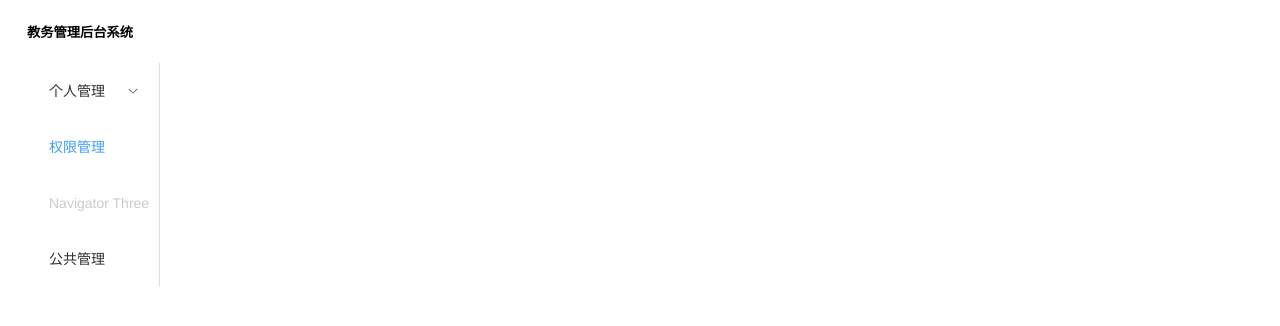
Repository: songlin-q/EducationalAdministrationSysTem
Page: /MainInfo (app in EducationalAdministrationSystemUI/educationsystem/)
These files come from the project's save history. The page is drawn as it stood at one moment and after the next save; the edit follows.
The browser window is 1280 px wide. The pictures show the whole page.
The project was rebuilt for these pictures with package versions that can differ from the ones it lists, and the page was loaded fresh each time. Also part of the build but not shown: EducationalAdministrationSystemUI/educationsystem/vue.config.js, EducationalAdministrationSystemUI/educationsystem/src/components/HelloWorld.vue, EducationalAdministrationSystemUI/educationsystem/src/components/Identity/IdentityCode.vue, EducationalAdministrationSystemUI/educationsystem/src/components/Identity/IdentityCode2.vue, EducationalAdministrationSystemUI/educationsystem/src/components/MainOne.vue.

Above is the page before, as saved 2022-05-24 11:35:20.

After the next save:
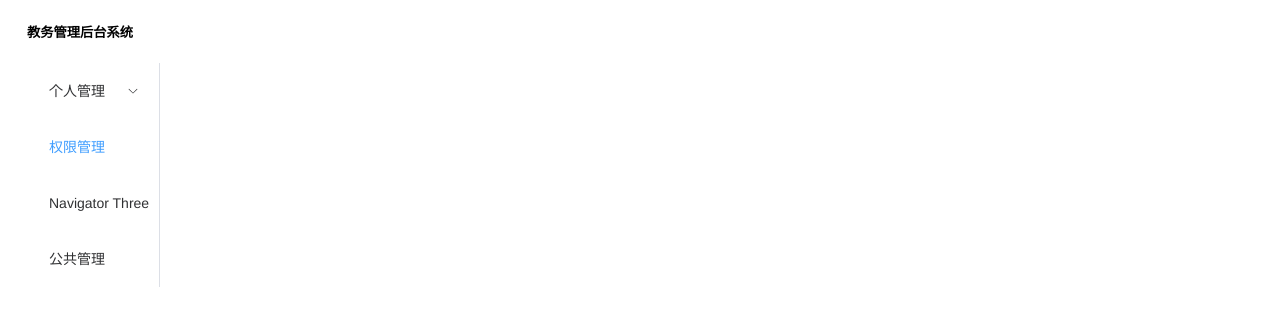
Saved 12 s later.
--- a/EducationalAdministrationSystemUI/educationsystem/src/components/MainInfo.vue
+++ b/EducationalAdministrationSystemUI/educationsystem/src/components/MainInfo.vue
@@ -29,7 +29,7 @@
           <el-icon><icon-menu /></el-icon>
           <span>权限管理</span>
         </el-menu-item>
-        <el-menu-item index="3" disabled>
+        <el-menu-item index="3">
           <el-icon><document /></el-icon>
           <span>Navigator Three</span>
         </el-menu-item>
